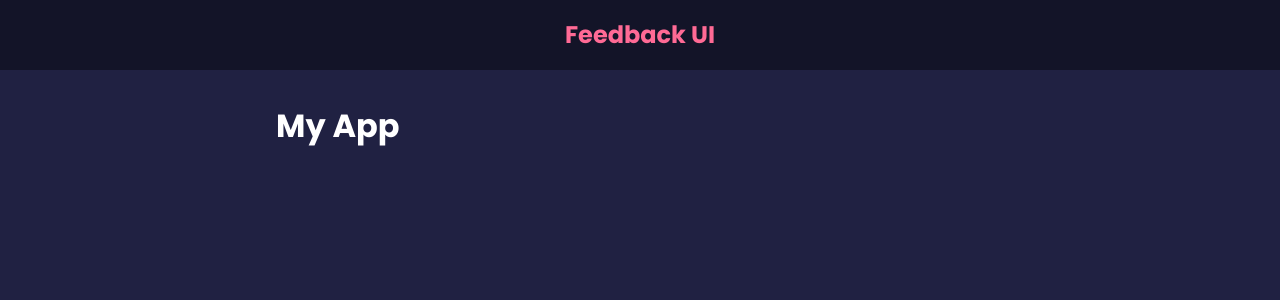
Repository: ErminiaDev/Feedback-app
Page: /
The author's editor kept a copy of each file at every save. The page is drawn from the files as they stood at one save, then again after a run of saves.
The browser window is 1280 px wide. The pictures show the whole page.
The project was rebuilt for these pictures with package versions that can differ from the ones it lists, and the page was loaded fresh each time.

Above is the page before, as saved 2023-02-06 17:02:39.

### public/index.html
<!DOCTYPE html>
<html lang="en">
  <head>
    <meta charset="utf-8" />
    <link rel="icon" href="%PUBLIC_URL%/favicon.ico" />
    <meta name="viewport" content="width=device-width, initial-scale=1" />
    <meta name="theme-color" content="#000000" />
    <meta
      name="description"
      content="Web site created using create-react-app"
    />
    <link rel="apple-touch-icon" href="%PUBLIC_URL%/logo192.png" />
    <link rel="manifest" href="%PUBLIC_URL%/manifest.json" />
    <title>Feedback-app</title>
  </head>
  <body>
    <noscript>You need to enable JavaScript to run this app.</noscript>
    <div id="root"></div>
  </body>
</html>

### src/index.js
import React from 'react'
import ReactDOM from 'react-dom'
import './index.css'
import App from './App'

ReactDOM.render(
	<React.StrictMode>
		<App />
	</React.StrictMode>,
document.getElementById('root')
)

### src/index.css
@import url('https://fonts.googleapis.com/css2?family=Poppins:wght@400;600;700&display=swap');

* {
  box-sizing: border-box;
  margin: 0;
  padding: 0;
}

body {
  font-family: 'Poppins', sans-serif;
  background-color: #202142;
  color: #fff;
  line-height: 1.6;
}

ul {
  list-style: none;
}

.container {
  max-width: 768px;
  margin: auto;
  padding: 0 20px;
}

header {
  height: 70px;
  width: 100%;
  display: flex;
  justify-content: space-between;
  align-items: center;
  margin-bottom: 30px;
}

.card {
  background-color: #fff;
  color: #333;
  border-radius: 15px;
  padding: 40px 50px;
  margin: 20px 0;
  position: relative;
}

.card.reverse {
  background-color: rgba(0, 0, 0, 0.4);
  color: #fff;
}

.card h2 {
  font-size: 22px;
  font-weight: 600;
  text-align: center;
}

.rating {
  display: flex;
  align-items: center;
  justify-content: space-around;
  margin: 30px 0 40px;
}

.rating li,
.num-display {
  position: relative;
  background: #f4f4f4;
  width: 50px;
  height: 50px;
  padding: 10px;
  text-align: center;
  border-radius: 50%;
  font-size: 19px;
  border: 1px #eee solid;
  transition: 0.3s;
}

.rating li label {
  position: absolute;
  top: 50%;
  left: 50%;
  width: 50px;
  height: 50px;
  padding: 10px;
  border-radius: 50%;
  transform: translate(-50%, -50%);
  cursor: pointer;
}

.rating li:hover,
.num-display {
  background: #ff6a95;
  color: #fff;
}

[type='radio'] {
  opacity: 0;
}

[type='radio']:checked ~ label {
  background: #ff6a95;
  color: #fff;
}

.input-group {
  display: flex;
  flex-direction: row;
  border: 1px solid #ccc;
  padding: 8px 10px;
  border-radius: 8px;
}

input {
  flex-grow: 2;
  border: none;
  font-size: 16px;
}

input:focus {
  outline: none;
}

.feedback-stats {
  color: #fff;
  display: flex;
  justify-content: space-between;
  align-items: center;
}

.num-display {
  position: absolute;
  top: -10px;
  left: -10px;
}

.close,
.edit {
  position: absolute;
  top: 10px;
  right: 20px;
  cursor: pointer;
  background: none;
  border: none;
}

.edit {
  right: 40px;
}

.btn {
  color: #fff;
  border: 0;
  border-radius: 8px;
  color: #fff;
  width: 100px;
  height: 40px;
  cursor: pointer;
}

.btn-primary {
  background-color: #202142;
}

.btn-secondary {
  background: #ff6a95;
}

.btn:hover {
  transform: scale(0.98);
  opacity: 0.9;
}

.btn:disabled {
  background-color: #cccccc;
  color: #333;
  cursor: auto;
}

.btn:disabled:hover {
  transform: scale(1);
  opacity: 1;
}

.message {
  padding-top: 10px;
  text-align: center;
  color: rebeccapurple;
}

/* FIX: Remove position: absolute to keep about icon at the bottom of the
 * document */
.about-link {
  display: flex;
  justify-content: flex-end;
}

/* FIX: Remove position: absolute to keep about icon at the bottom of the
 * document */
.about-link a {
  color: #fff;
  cursor: pointer;
}

.about-link a:hover {
  color: #ff6a95;
}

.about h1 {
  margin-bottom: 20px;
}

.about p {
  margin: 10px 0;
}

@media (max-width: 600px) {
  .rating li {
	margin: 10px 3px;
  }

  .rating {
	display: flex;
	align-items: center;
	justify-content: center;
	flex-wrap: wrap;
	margin: 30px 0 40px;
  }

  .input-group input {
	width: 80%;
  }
}

### src/App.js
import Header from "./components/header";
import FeedbackItem from "./components/FeedbackItem";

function App() {
	return (
		<>
			<Header />
			<div className="container">
				<h1>My App</h1>
			</div>
		</>

	)
}

export default App;

### src/components/header.jsx
import PropTypes from 'prop-types'

const Header = ({ text, bgColor, textColor }) => {
	const headerStyles = {
		backgroundColor: bgColor,
		color: textColor
	}

	return (
		<header style={headerStyles}>
			<div className="container">
				<h2>{text}</h2>
			</div>
		</header>
	)
}

Header.defaultProps = {
	text: 'Feedback UI',
	bgColor: 'rgba(0,0,0,0.4)',
	textColor: '#ff6a95',
}

Header.propTypes = {
	text: PropTypes.string,
	bgColor: PropTypes.string,
	textColor: PropTypes.string,
}

export default Header

### src/components/FeedbackItem.jsx
const FeedbackItem = props => {
	return (
		<div className="card">
			<div className="num-display">10</div>
			<div className="text-display">This is an example of a feedback item</div>
		</div>
	)
}

FeedbackItem.propTypes = {

}

export default FeedbackItem

After the next 5 saves:
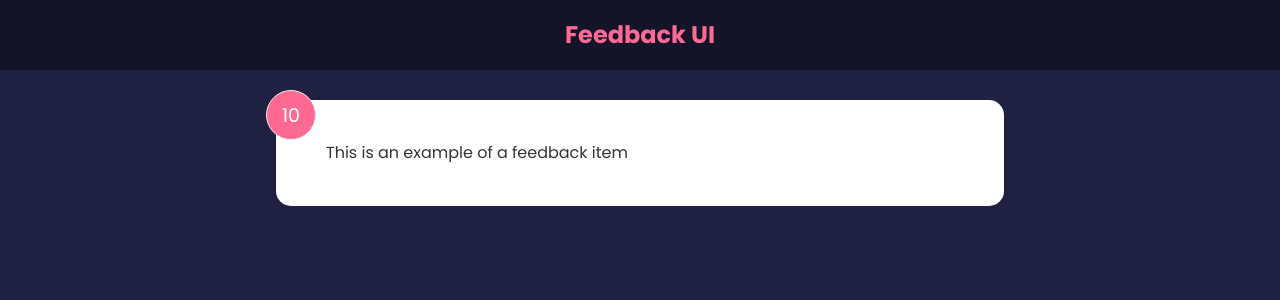
The 5 saves are shown as one change because they came seconds apart.
The last was saved 14 s later.
--- a/src/App.js
+++ b/src/App.js
@@ -6,7 +6,7 @@ function App() {
 		<>
 			<Header />
 			<div className="container">
-				<h1>My App</h1>
+				<FeedbackItem />
 			</div>
 		</>
 
